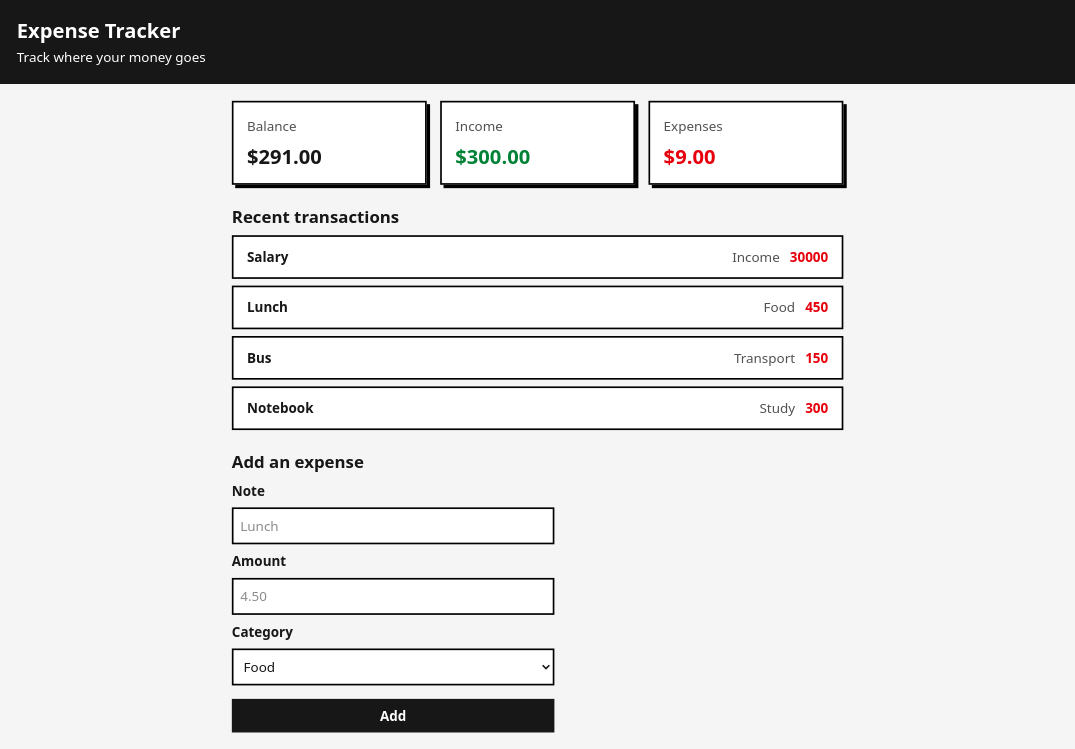
Repository: Keanbunheng/html-basics-Day1_AI
Page: expense-tracker-w2-d4-start/index.html
The author's editor kept a copy of each file at every save. The page is drawn from the files as they stood at one save, then again after a run of saves.
The browser window is 1280 px wide. The pictures show the whole page, at 84% of full size.

Above is the page before, as saved 2026-11-17 21:05:43.

### expense-tracker-w2-d4-start/index.html
<!doctype html>
<html lang="en">
  <head>
    <meta charset="UTF-8" />
    <meta name="viewport" content="width=device-width, initial-scale=1.0" />
    <title>Expense Tracker</title>
    <script src="https://cdn.jsdelivr.net/npm/@tailwindcss/browser@4.1.18"></script>
  </head>
  <body class="bg-neutral-100 text-neutral-900">
    <header class="bg-neutral-900 p-5 text-white">
      <h1 class="mb-1 text-2xl font-bold">Expense Tracker</h1>
      <p>Track where your money goes</p>
    </header>

    <main class="mx-auto max-w-3xl p-5">
      <section class="mb-6 flex flex-col gap-4 sm:flex-row">
        <div
          class="flex-1 border-2 border-black bg-white p-4 shadow-[4px_4px_0_#000]"
        >
          <p class="mb-2 text-neutral-600">Balance</p>
          <p class="text-2xl font-bold">$291.00</p>
        </div>
        <div
          class="flex-1 border-2 border-black bg-white p-4 shadow-[4px_4px_0_#000]"
        >
          <p class="mb-2 text-neutral-600">Income</p>
          <p class="text-2xl font-bold text-green-700">$300.00</p>
        </div>
        <div
          class="flex-1 border-2 border-black bg-white p-4 shadow-[4px_4px_0_#000]"
        >
          <p class="mb-2 text-neutral-600">Expenses</p>
          <p class="text-2xl font-bold text-red-600">$9.00</p>
        </div>
      </section>

      <section class="mb-6">
        <h2 class="mb-2 text-xl font-bold">Recent transactions</h2>
        <ul id="list-container">
          <li
            class="mb-2 flex flex-col gap-1 border-2 border-black bg-white px-4 py-3 sm:flex-row sm:justify-between sm:gap-3"
          >
            <span class="flex-1 font-semibold">Salary</span>
            <span class="text-neutral-600">Income</span>
            <span class="font-bold text-green-700">+$300.00</span>
          </li>
          <li
            class="mb-2 flex flex-col gap-1 border-2 border-black bg-white px-4 py-3 sm:flex-row sm:justify-between sm:gap-3"
          >
            <span class="flex-1 font-semibold">Lunch</span>
            <span class="text-neutral-600">Food</span>
            <span class="font-bold text-red-600">-$4.50</span>
          </li>
          <li
            class="mb-2 flex flex-col gap-1 border-2 border-black bg-white px-4 py-3 sm:flex-row sm:justify-between sm:gap-3"
          >
            <span class="flex-1 font-semibold">Bus</span>
            <span class="text-neutral-600">Transport</span>
            <span class="font-bold text-red-600">-$1.50</span>
          </li>
          <li
            class="mb-2 flex flex-col gap-1 border-2 border-black bg-white px-4 py-3 sm:flex-row sm:justify-between sm:gap-3"
          >
            <span class="flex-1 font-semibold">Notebook</span>
            <span class="text-neutral-600">Study</span>
            <span class="font-bold text-red-600">-$3.00</span>
          </li>
        </ul>
      </section>

      <section>
        <h2 class="mb-2 text-xl font-bold">Add an expense</h2>
        <form class="flex max-w-sm flex-col gap-2" id="input">
          <label for="note" class="font-semibold">Note</label>
          <input
            id="note"
            type="text"
            placeholder="Lunch"
            class="border-2 border-black bg-white p-2"
          />

          <label for="amount" class="font-semibold">Amount</label>
          <input
            id="amount"
            type="number"
            step="0.01"
            placeholder="4.50"
            class="border-2 border-black bg-white p-2"
          />

          <label for="category" class="font-semibold">Category</label>
          <select id="category" class="border-2 border-black bg-white p-2">
            <option>Food</option>
            <option>Transport</option>
            <option>Study</option>
            <option>Other</option>
          </select>

          <button
            type="submit"
            class="mt-2 bg-neutral-900 p-2 font-semibold text-white"
            id="Button"
          >
            Add
          </button>
        </form>
      </section>
    </main>
    <script src="app.js"></script>
  </body>
</html>

### expense-tracker-w2-d4-start/app.js
const transactions = [
  {
    id: 1,
    note: 'Salary',
    category: 'Income',
    type: 'income',
    amountCents: 30000,
  },
  { id: 2, note: 'Lunch', category: 'Food', type: 'expense', amountCents: 450 },
  {
    id: 3,
    note: 'Bus',
    category: 'Transport',
    type: 'expense',
    amountCents: 150,
  },
  {
    id: 4,
    note: 'Notebook',
    category: 'Study',
    type: 'expense',
    amountCents: 300,
  },
];

function formatMoney(cents) {
  const sign = cents < 0 ? '-' : '';
  return sign + '$' + (Math.abs(cents) / 100).toFixed(2);
}

function totalCents(list) {
  return list.reduce((sum, tx) => sum + tx.amountCents, 0);
}

function filterByCategory(list, category) {
  return list.filter((tx) => tx.category === category);
}

function filterByType(list, type) {
  return list.filter((tx) => tx.type === type);
}

function summarize(list) {
  const incomeCents = totalCents(filterByType(list, 'income'));
  const expensesCents = totalCents(filterByType(list, 'expense'));
  return {
    incomeCents: incomeCents,
    expensesCents: expensesCents,
    balanceCents: incomeCents - expensesCents,
  };
}

function addTransaction(list, tx) {
  return [...list, tx];
}

// Practice 2 — the AI's totalExpenses, reviewed and fixed:
// whole cents, no off-by-one loop, no duplicated work.
function totalExpenses(list) {
  return totalCents(filterByType(list, 'expense'));
}

const notes = transactions.map((tx) => tx.note);

console.log(formatMoney(transactions[1].amountCents));

// ----- Checks -----
function check(name, actual, expected) {
  const ok = actual === expected;
  console.log(
    ok ? '✓' : '✗',
    name,
    ok ? '' : `(expected ${expected}, got ${actual})`,
  );
}

check('format 450', formatMoney(450), '$4.50');
check('total of all', totalCents(transactions), 30900);
check('Food count', filterByCategory(transactions, 'Food').length, 1);
check('expense count', filterByType(transactions, 'expense').length, 3);
check('balance', summarize(transactions).balanceCents, 29100);
check(
  'new length',
  addTransaction(transactions, {
    id: 5,
    note: 'Coffee',
    category: 'Food',
    type: 'expense',
    amountCents: 250,
  }).length,
  5,
);
check('notes', notes.join(','), 'Salary,Lunch,Bus,Notebook');
check('total expenses', totalExpenses(transactions), 900);

// Edge cases
check('total of empty list', totalCents([]), 0);
check('total expenses of empty list', totalExpenses([]), 0);
check('original list not changed', transactions.length, 4); // after addTransaction

const lists = document.querySelector('#list-container');
lists.innerHTML = transactions
  .map(
    (ele) => `
  <li class="mb-2 flex flex-col gap-1 border-2 border-black bg-white px-4 py-3 sm:flex-row sm:justify-between sm:gap-3">
    <span class="flex-1 font-semibold">${ele.note}</span>
    <span class="text-neutral-600">${ele.category}</span>
    <span class="font-bold text-red-600">${ele.amountCents}</span>
  </li>
`,
  )
  .join('');

console.log(lists);

After the next 2 saves:
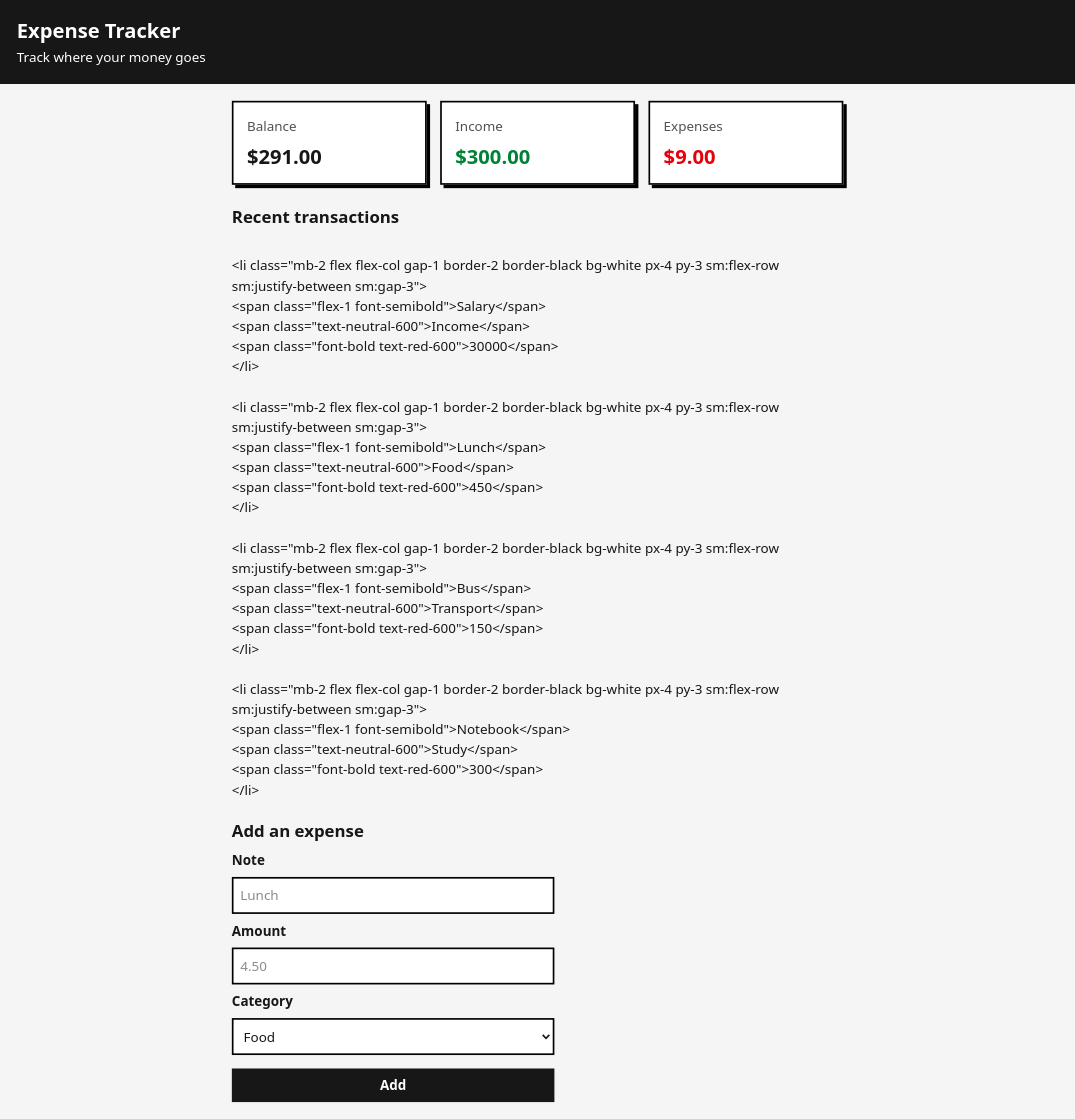
The 2 saves are shown as one change because they came seconds apart.
The last was saved 17 s later.
--- a/expense-tracker-w2-d4-start/app.js
+++ b/expense-tracker-w2-d4-start/app.js
@@ -99,7 +99,7 @@ check('total expenses of empty list', totalExpenses([]), 0);
 check('original list not changed', transactions.length, 4); // after addTransaction
 
 const lists = document.querySelector('#list-container');
-lists.innerHTML = transactions
+lists.innerText = transactions
   .map(
     (ele) => `
   <li class="mb-2 flex flex-col gap-1 border-2 border-black bg-white px-4 py-3 sm:flex-row sm:justify-between sm:gap-3">

After the 2 saves that followed:
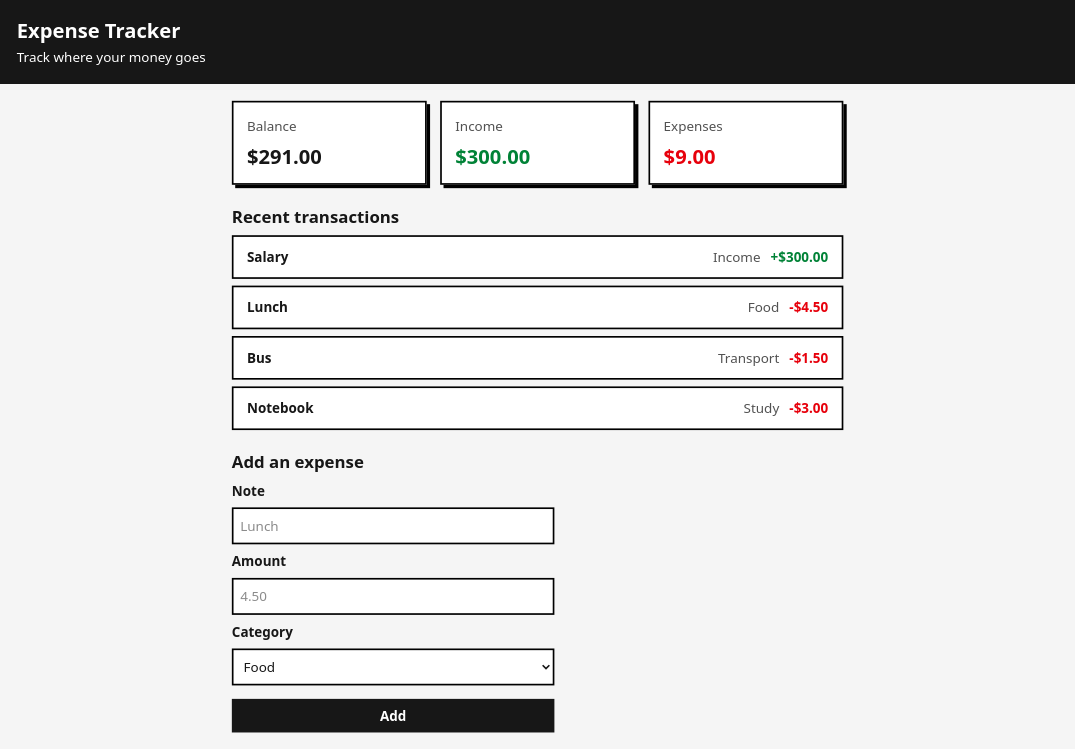
The 2 saves are shown as one change because they came seconds apart.
The last was saved 8 s later.
--- a/expense-tracker-w2-d4-start/app.js
+++ b/expense-tracker-w2-d4-start/app.js
@@ -99,7 +99,7 @@ check('total expenses of empty list', totalExpenses([]), 0);
 check('original list not changed', transactions.length, 4); // after addTransaction
 
 const lists = document.querySelector('#list-container');
-lists.innerText = transactions
+lists.html = transactions
   .map(
     (ele) => `
   <li class="mb-2 flex flex-col gap-1 border-2 border-black bg-white px-4 py-3 sm:flex-row sm:justify-between sm:gap-3">
